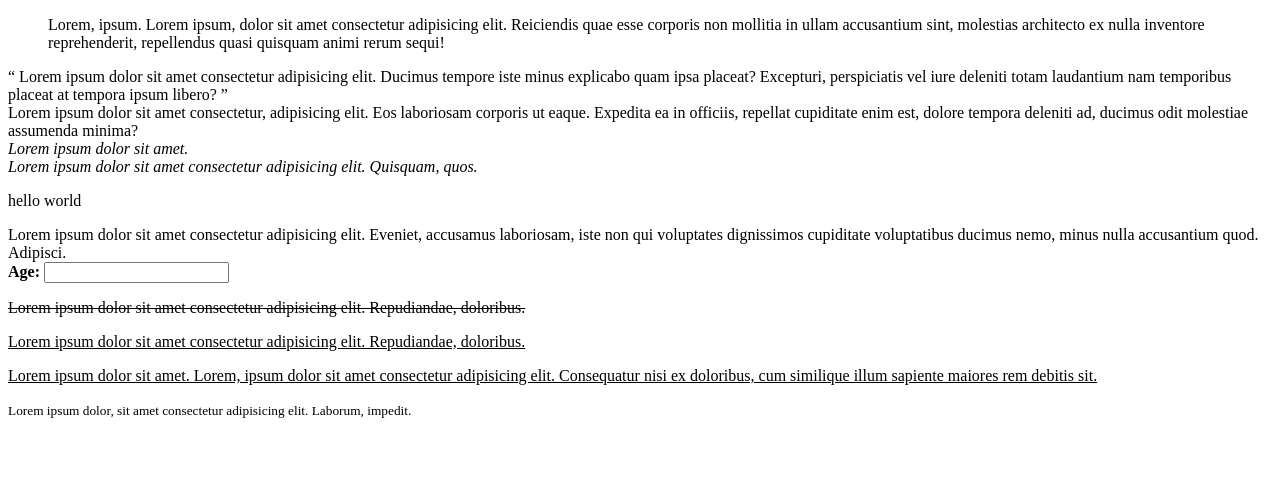
Repository: arunyerram/Web-TEChnologies
Page: p.html
The author's editor kept a copy of each file at every save. The page is drawn from the files as they stood at one save, then again after the next save.
The browser window is 1280 px wide. The pictures show the whole page.

Above is the page before, as saved 2025-02-21 11:58:53.

After the next save:
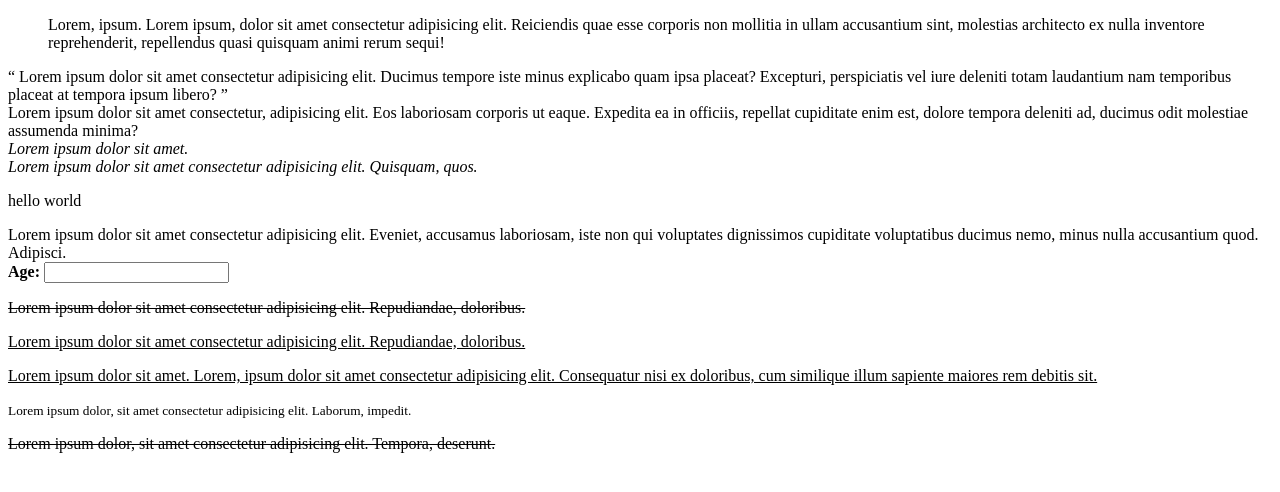
Saved 23 s later.
--- a/p.html
+++ b/p.html
@@ -42,7 +42,7 @@
         <p><u>Lorem ipsum dolor sit amet. Lorem, ipsum dolor sit amet consectetur adipisicing elit. Consequatur nisi ex doloribus, cum similique illum sapiente maiores rem debitis sit.</u></p>
 
         <p><small>Lorem ipsum dolor, sit amet consectetur adipisicing elit. Laborum, impedit.</small></p>
-
+        <p><s>Lorem ipsum dolor, sit amet consectetur adipisicing elit. Tempora, deserunt.</s></p>
 
 </body>
 </html>
